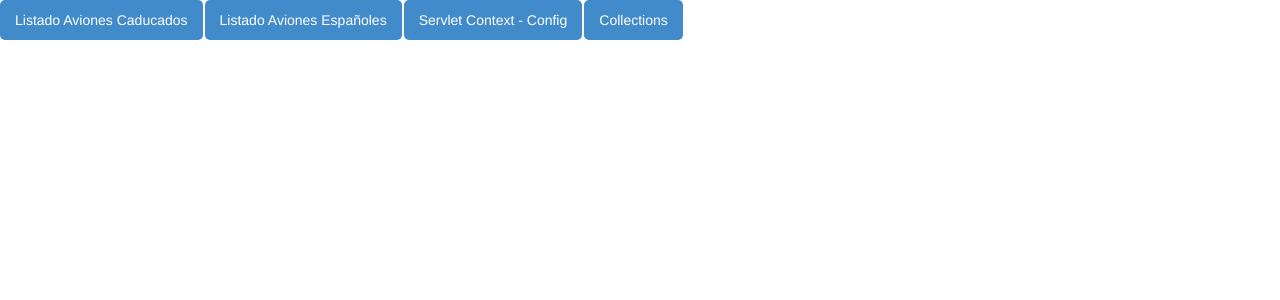
Repository: asbag/gestionaena
Page: http://localhost/gestionaena/index.jsp
These files come from the project's save history. The page is drawn as it stood at one moment and after the next save; the edit follows.
The browser window is 1280 px wide. The pictures show the whole page.
The page is served by Tomcat 9.

Above is the page before, as saved 2015-04-10 21:50:21.

After the next save:
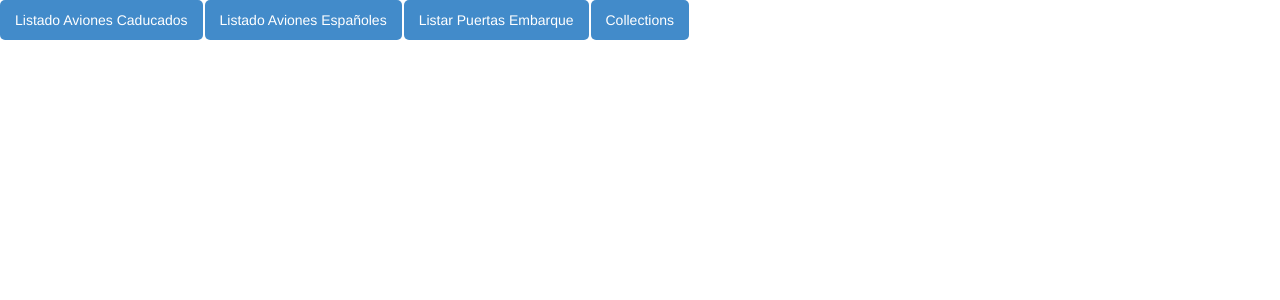
Saved 22 h 40 min later.
--- a/gestionaena/src/main/webapp/index.jsp
+++ b/gestionaena/src/main/webapp/index.jsp
@@ -21,7 +21,7 @@
 		<li class="active"><a
 			href="${pageContext.request.contextPath}/avion/listar_espanioles">Listado Aviones Españoles</a></li>
 		<li class="active"><a
-			href="${pageContext.request.contextPath}/servletconfig">Servlet Context - Config</a></li>
+			href="${pageContext.request.contextPath}/servletconfig">Listar Puertas Embarque</a></li>
 		<li class="active"><a
 			href="${pageContext.request.contextPath}/enlaces/collections">Collections</a></li>
 
